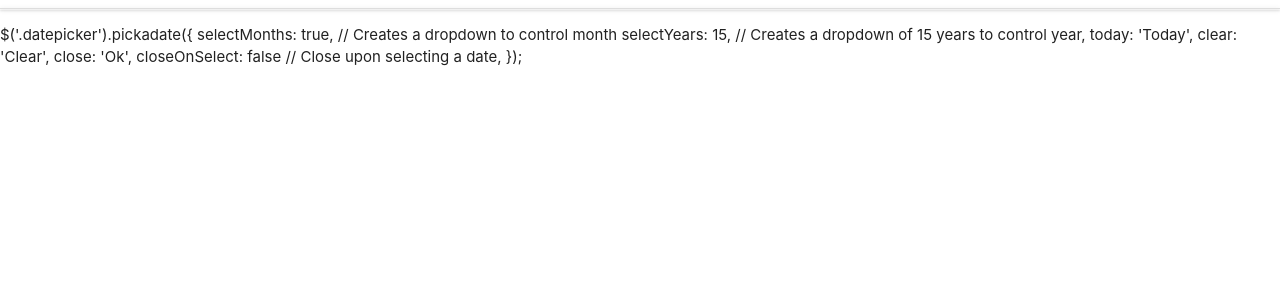
Repository: Code-Institute-Submissions/Project3-Holiday_Planning
Page: http://localhost/
The author's editor kept a record of every edit. The page is drawn from the files as they stood at one moment, then again after the next edit.
The browser window is 1280 px wide. The pictures show the whole page.
The page is served by the project's application, run on Flask 3 (app.py). Queries for data that is not in the repository find no rows.

Above is the page before.

After the next edit:
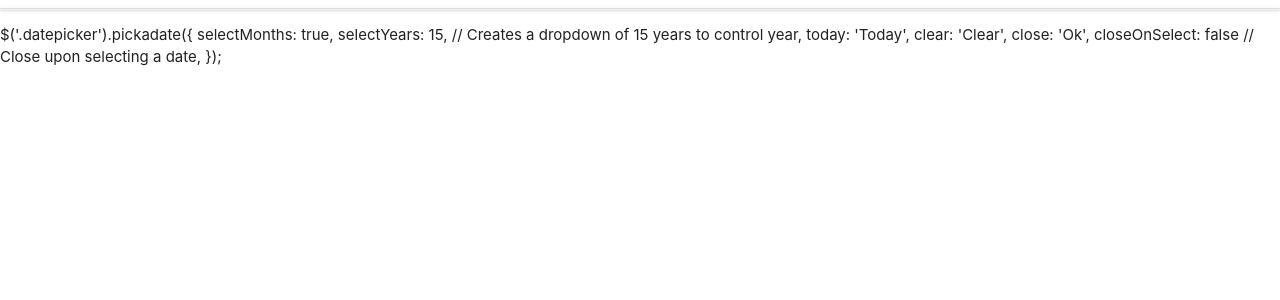
The edit:
--- a/templates/layout.html
+++ b/templates/layout.html
@@ -21,7 +21,7 @@
 
 
         $('.datepicker').pickadate({
-            selectMonths: true, // Creates a dropdown to control month
+            selectMonths: true,
             selectYears: 15, // Creates a dropdown of 15 years to control year,
             today: 'Today',
             clear: 'Clear',
